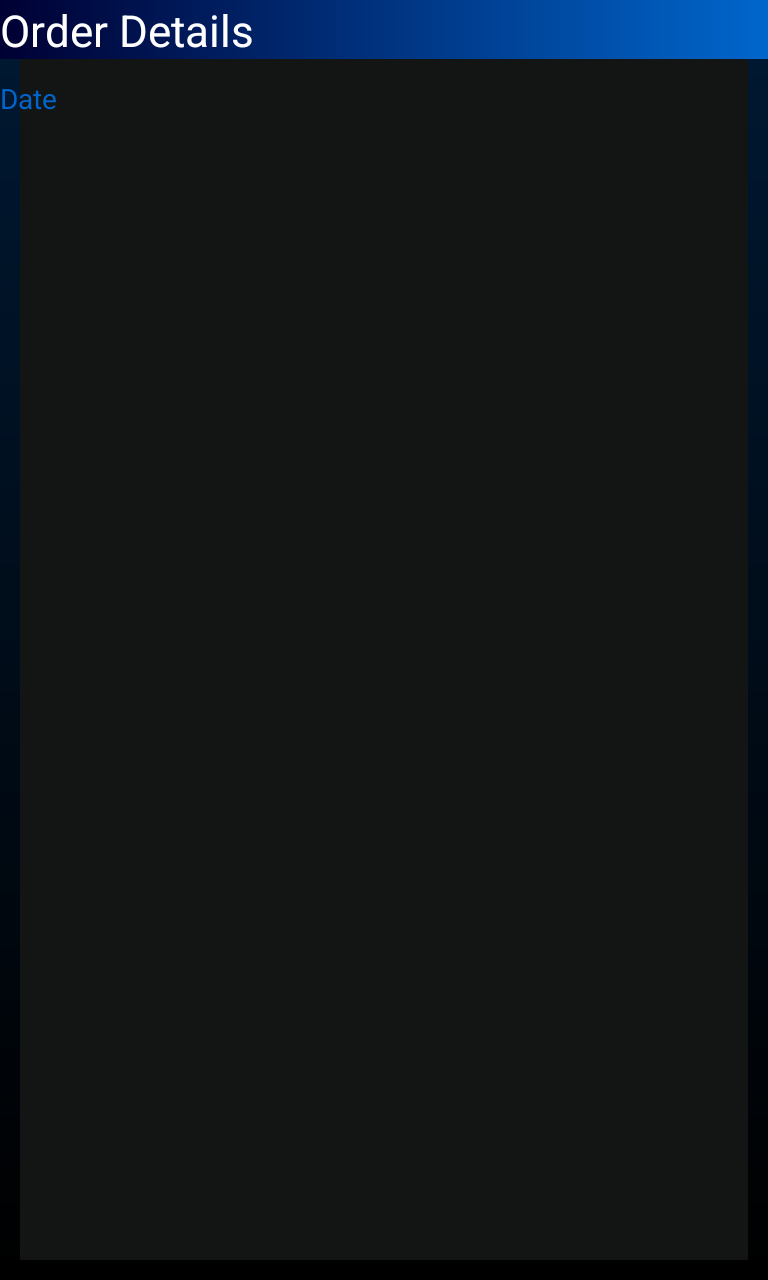
Repository: jasleen1291/B2BMobileApplication
Layout: Mobile E Commerce/B2B/res/layout/fragment_view_order.xml
These files come from the project's save history. The layout is drawn as it stood at one moment and after a run of saves; the edit follows.
It is drawn on a 768 x 1280 px phone screen (xhdpi) without system bars, with theme mycustomtheme; the app's code is not run. Lists and similar views that code fills are empty.

Above is the layout before, as saved 2013-05-25 23:16:38.

After the next 3 saves:
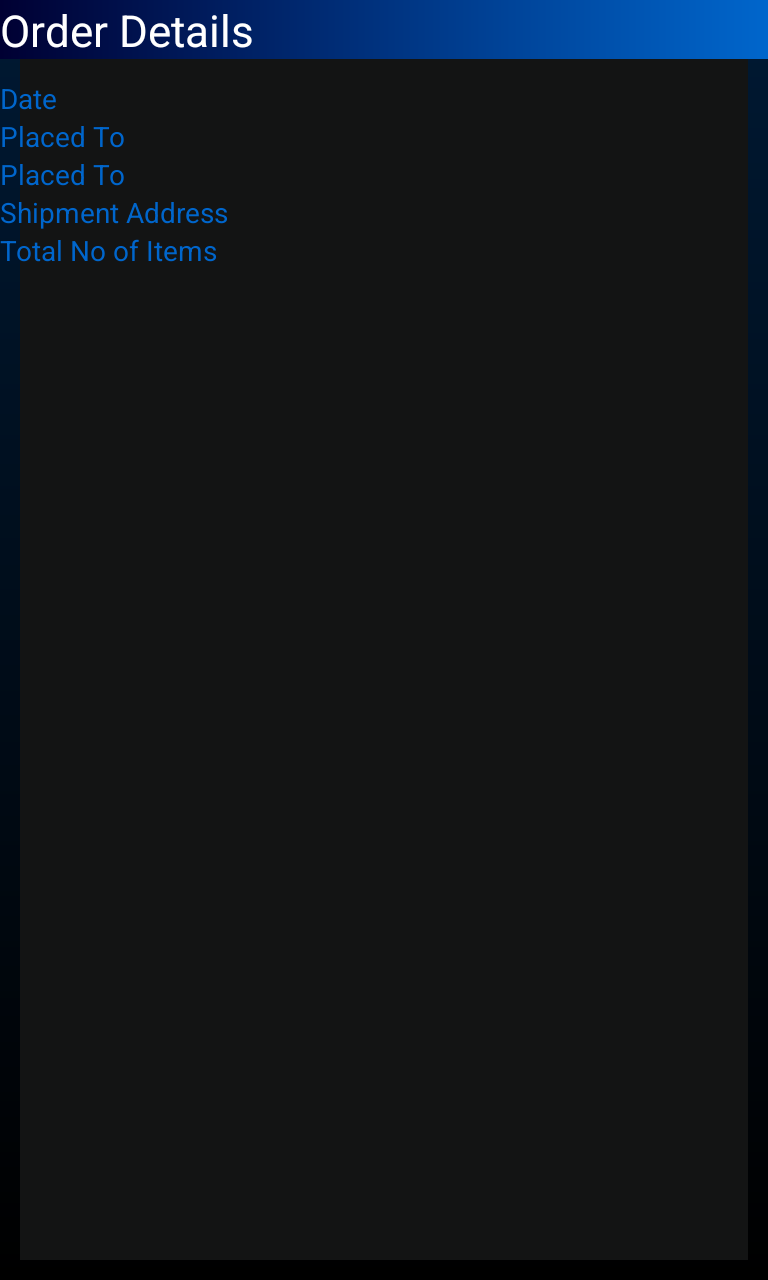
The 3 saves are shown as one change because 2 did not build or start.
The last was saved 85 s later.
--- a/Mobile E Commerce/B2B/res/layout/fragment_view_order.xml
+++ b/Mobile E Commerce/B2B/res/layout/fragment_view_order.xml
@@ -40,7 +40,13 @@
         <LinearLayout
             android:layout_width="match_parent"
             android:layout_height="match_parent" >
-            <LinearLayout
+
+<LinearLayout
+    android:layout_width="match_parent"
+    android:layout_height="match_parent"
+    android:orientation="vertical" >
+
+    <LinearLayout
         android:layout_width="match_parent"
         android:layout_height="wrap_content" >
 
@@ -125,7 +131,7 @@
     </LinearLayout>
 
     <LinearLayout
-        android:layout_width="wrap_content"
+        android:layout_width="match_parent"
         android:layout_height="wrap_content" >
 
         <TextView
@@ -145,6 +151,7 @@
             android:textAppearance="?android:attr/textAppearanceSmall" />
     </LinearLayout>
 
+</LinearLayout>
         </LinearLayout>
 
     </LinearLayout>
